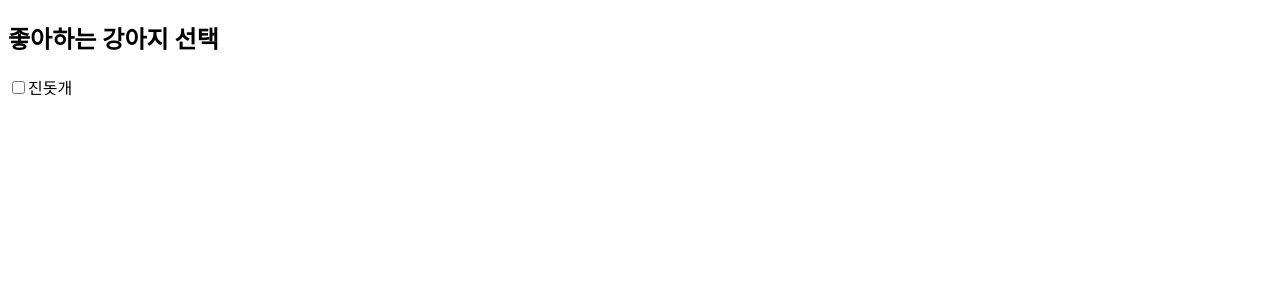
Repository: LTaeHoon/javajsp_ncs
Page: http://localhost/chap01_Jsp_Servlet/jsp/dog.jsp
These files come from the project's save history. The page is drawn as it stood at one moment and after the next save; the edit follows.
The browser window is 1280 px wide. The pictures show the whole page.
The page is served by Tomcat 9.

Above is the page before, as saved 2017-01-12 00:58:28.

After the next save:
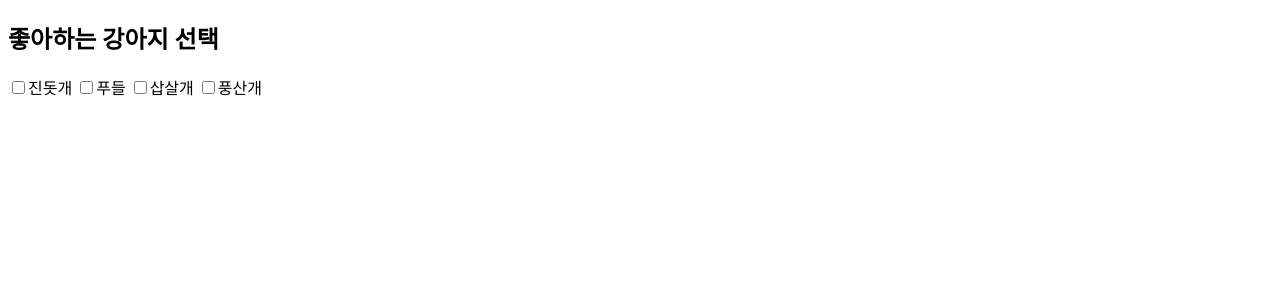
Saved 47 s later.
--- a/chap01_Jsp_Servlet/WebContent/jsp/dog.jsp
+++ b/chap01_Jsp_Servlet/WebContent/jsp/dog.jsp
@@ -10,7 +10,9 @@
 	<h2> 좋아하는 강아지 선택 </h2>
 	<form method="post" action="../choiceDog">
 		<input type="checkbox" name="dog" value="../images/jin.jpg"/>진돗개
-
+		<input type="checkbox" name="dog" value="../images/pu.jpg"/>푸들
+		<input type="checkbox" name="dog" value="../images/sap.jpg"/>삽살개
+		<input type="checkbox" name="dog" value="../images/pung.jpg"/>풍산개
 	</form>
 </body>
 </html>
